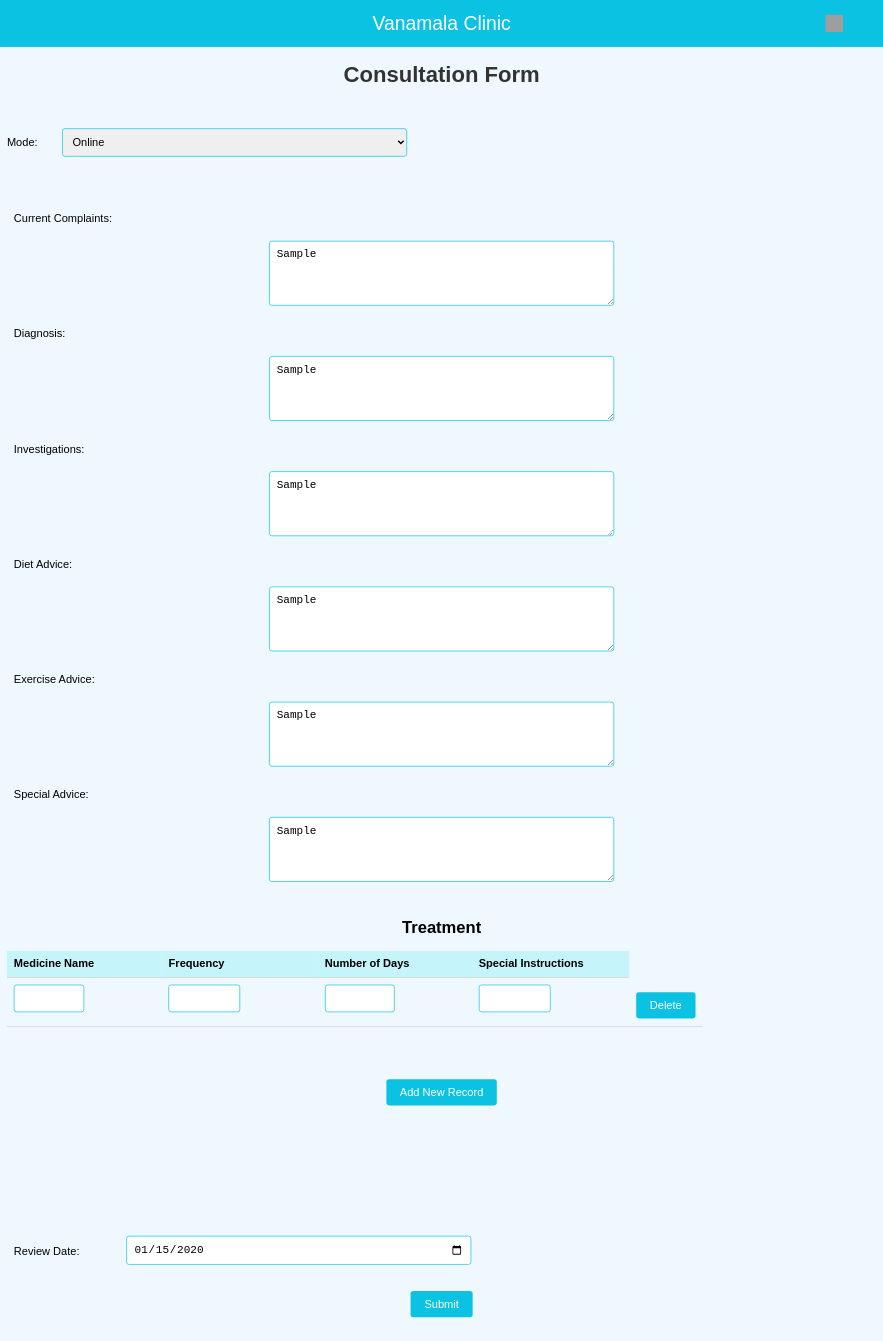
Repository: Praadnya/MEDICAL_CLINIC_WEBSITE
Page: http://localhost/consultation
The author's editor kept a copy of each file at every save. The page is drawn from the files as they stood at one save, then again after the next save.
The browser window is 1280 px wide. The pictures show the whole page, at 69% of full size.
Empty fields were first filled with sample values (such as "Sample", 5 or name@example.com).
After loading, the first visible `button[onclick="addTreatmentRow()"]` was clicked once.
Pictures or frames that could not be fetched are drawn as grey boxes. Some web fonts or font styles are not loaded; a fallback is used. The page is this project's Thymeleaf template; nobody is signed in. The template is opened directly, without the code that normally fills it, so the values that code supplies are empty.

Above is the page before, as saved 2024-06-12 13:38:12.

After the next save:
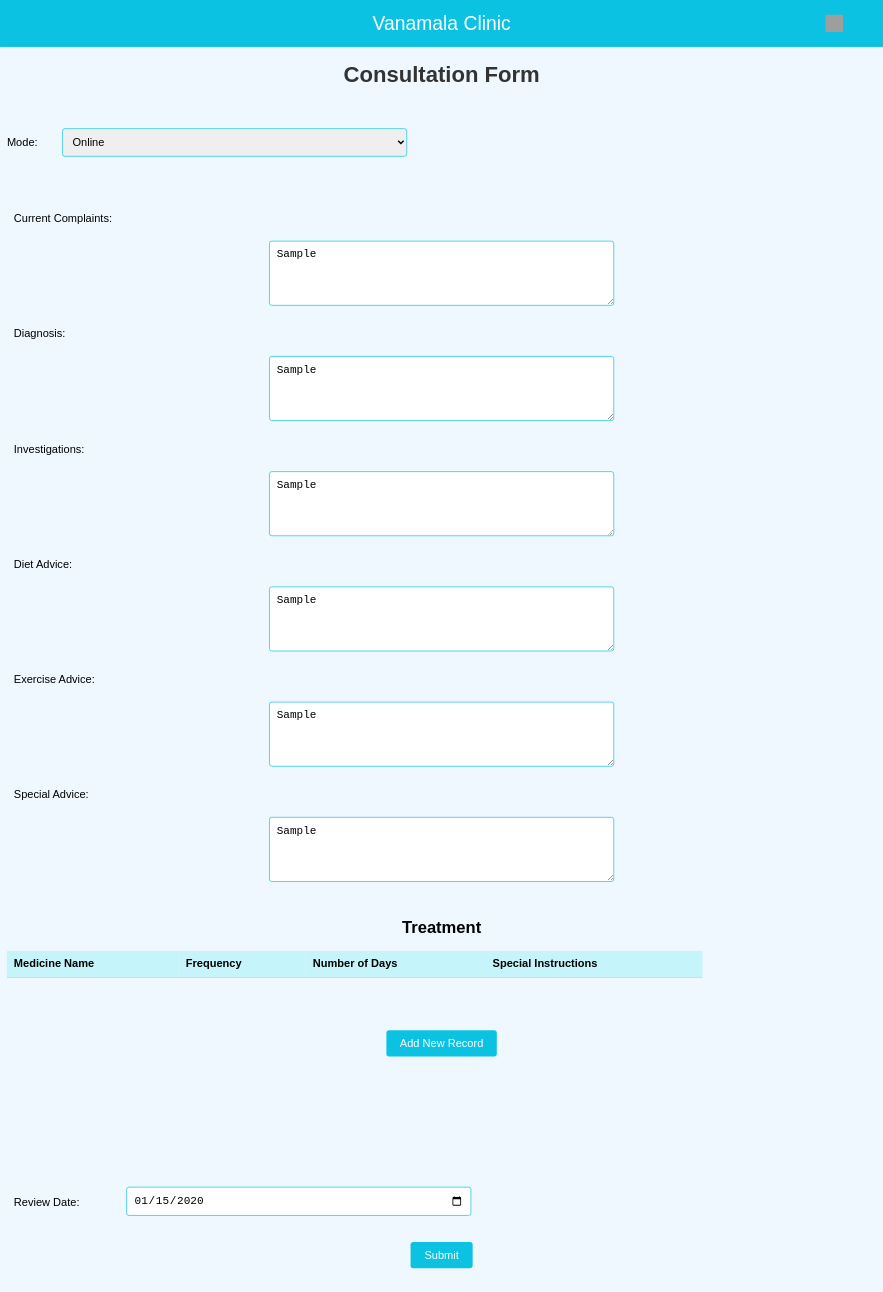
Console error: SyntaxError: Unexpected identifier 'addTreatmentRow'
Saved 30 min 58 s later.
--- a/demo/src/main/resources/templates/consultation.html
+++ b/demo/src/main/resources/templates/consultation.html
@@ -223,25 +223,34 @@
 			</div>
 			<!-- JavaScript for adding new rows to the treatment table -->
 			<script>
-			    function addTreatmentRow() {
-			        var table = document.querySelector('#treatmentTable');
-			        var row = table.insertRow();
-			        var cell1 = row.insertCell(0);
-			        var cell2 = row.insertCell(1);
-			        var cell3 = row.insertCell(2);
-			        var cell4 = row.insertCell(3);
-			        var cell5 = row.insertCell(4);
-			        cell1.innerHTML = '<input type="text" name="medicineName[]">';
-			        cell2.innerHTML = '<input type="text" name="frequency[]">';
-			        cell3.innerHTML = '<input type="number" name="numberOfDays[]">';
-			        cell4.innerHTML = '<input type="text" name="specialInstructions[]">';
-			        cell5.innerHTML = '<button type="button" onclick="deleteTreatmentRow(this)">Delete</button>';
-			    }
-
-			    function deleteTreatmentRow(button) {
-			        var row = button.parentNode.parentNode;
-			        row.parentNode.removeChild(row);
-			    }
+				unction addTreatmentRow() {
+										        var table = document.getElementById("treatmentTable");
+										        var lastRow = table.rows[table.rows.length - 1];
+										        var inputs = lastRow.getElementsByTagName("input");
+
+										        for (var i = 0; i < inputs.length; i++) {
+										            if (inputs[i].value.trim() === "") {
+										                alert("Please fill in all fields before adding a new row.");
+										                return;
+										            }
+										        }
+
+										        var newRow = table.insertRow();
+										        var cells = [];
+										        for (var i = 0; i < 5; i++) {
+										            cells.push(newRow.insertCell());
+										        }
+										        cells[0].innerHTML = '<input type="text" name="treatment[' + (table.rows.length - 1) + '].medicineName">';
+										        cells[1].innerHTML = '<input type="text" name="treatment[' + (table.rows.length - 1) + '].frequency">';
+										        cells[2].innerHTML = '<input type="number" name="treatment[' + (table.rows.length - 1) + '].numberOfDays">';
+										        cells[3].innerHTML = '<input type="text" name="treatment[' + (table.rows.length - 1) + '].specialInstructions">';
+										        cells[4].innerHTML = '<button style="margin:0 0 12% 0" type="button" onclick="deleteTreatmentRow(this)">Delete</button>';
+										    }
+
+										    function deleteTreatmentRow(button) {
+										        var row = button.parentNode.parentNode;
+										        row.parentNode.removeChild(row);
+										    }
 
 			    window.onload = function() {
 			        const today = new Date().toISOString().split('T')[0];
